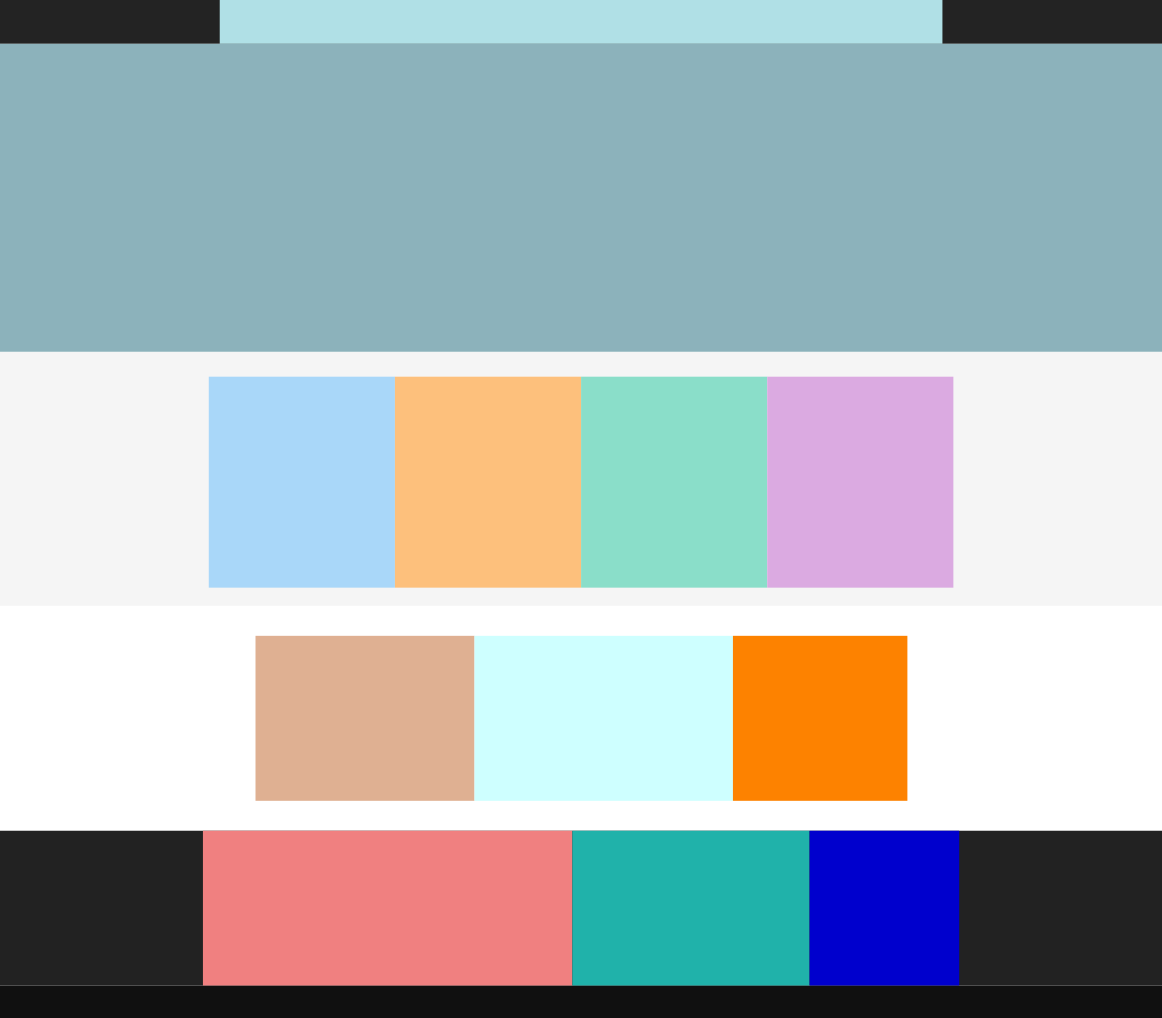
Repository: A1LExX/H5_study_set
Page: day04/千锋.html
The author's editor kept a copy of each file at every save. The page is drawn from the files as they stood at one save, then again after the next save.
The browser window is 1280 px wide. The page is 1592 px wide, so the pictures cover 1592 px, including what lies to the right of the window. The pictures show the whole page, at 73% of full size.

Above is the page before, as saved 2021-06-24 19:38:55.

### day04/千锋.html
<!--
@author [Alex Wei]
@email [w2262196@outlook.com]
@create date 2021-06-24 17:36:05
@modify date 2021-06-24 19:37:25
@desc [description]
-->
<!DOCTYPE html>
<html lang="en">

<head>
    <meta charset="UTF-8">
    <meta http-equiv="X-UA-Compatible" content="IE=edge">
    <meta name="viewport" content="width=device-width, initial-scale=1.0">
    <title>Document</title>
    <link rel="stylesheet" href="./css/qianfeng.css">
</head>

<body>
    <div class="header">
        <div class="daohang"></div>
    </div>
    <div class="banner"></div>
    <div class="con">
        <div class="out">
            <div class="box1"></div>
            <div class="box2"></div>
            <div class="box3"></div>
            <div class="box4"></div>
        </div>
    </div>
    <div class="out2">
        <div class="con2">
            <div class="box5"></div>
            <div class="box6"></div>
            <div class="box7"></div>
        </div>
    </div>
    <div class="con3">
        <div class="out3">
            <div class="box8"></div>
            <div class="box9"></div>
            <div class="box10"></div>
        </div>
    </div>
    <div class="footer">
        <div class="box11"></div>
    </div>
</body>

</html>

### day04/css/qianfeng.css
/**
 * @author [Alex Wei]
 * @email [w2262196@outlook.com]
 * @create date 2021-06-24 17:35:50
 * @modify date 2021-06-24 19:38:55
 * @desc [description]
 */
* {
    padding: 0;
    margin: 0;
}

.header {
    width: 1592px;
    height: 60px;
    background: #232323;
}

.daohang{
    width: 990px;
    height: 60px;
    background: powderblue;
    margin: 0 auto;
}

.banner{
    width: 1592px;
    height: 422px;
    background: #8cb2bb;
}

.con{
    width: 1592px;
    height: 348px;
    background: #f5f5f5;
}

.out{
    width: 1020px;
    height: 239px;
    margin: 0 auto;
    padding-top: 34px;
    padding-bottom: 25px;
}

.box1{
    width: 255px;
    height: 289px;
    background: #a9d7f9;
    float: left;
}

.box2{
    width: 255px;
    height: 289px;
    background: #fdc07c;
    float: left;
}
.box3{
    width: 255px;
    height: 289px;
    background: #8adec9;
    float: left;
}

.box4{
    width: 255px;
    height: 289px;
    background: #dbaae1;
    float: left;
}

.out2{
    width: 1592px;
    height: 226px;
    padding-top: 41px;
    padding-bottom: 41px;
    background: #ffffff;
}

.con2{
    width: 893px;
    height: 226px;
    /* padding-top: 41px;
    padding-bottom: 42px; */
    margin: 0 auto;
}

.box5{
    width: 300px;
    height: 226px;
    background: #dfb092;
    float: left;
}

.box6{
    width: 354px;
    height: 226px;
    background: #ceffff;
    float: left;
}
.box7{
    width: 239px;
    height: 226px;
    background: #fd8200;
    float: left;
}
.con3{
    width: 1592px;
    height: 212px;
    background: #222222;
}

.out3{
    width: 1036px;
    height: 212px;
    margin: 0 auto;
}

.box8{
    width: 506px;
    height: 212px;
    float: left;
    background: lightcoral;
}
.box9{
    width: 325px;
    height: 212px;
    float: left;
    background: lightseagreen;
}
.box10{
    width: 205px;
    height: 212px;
    float: left;
    background: mediumblue;
}
.footer{
    width: 1592px;
    height: 45px;
    background: #101010;
}
.box11{
    width: 656px;
    height: 45px;
}

After the next save:
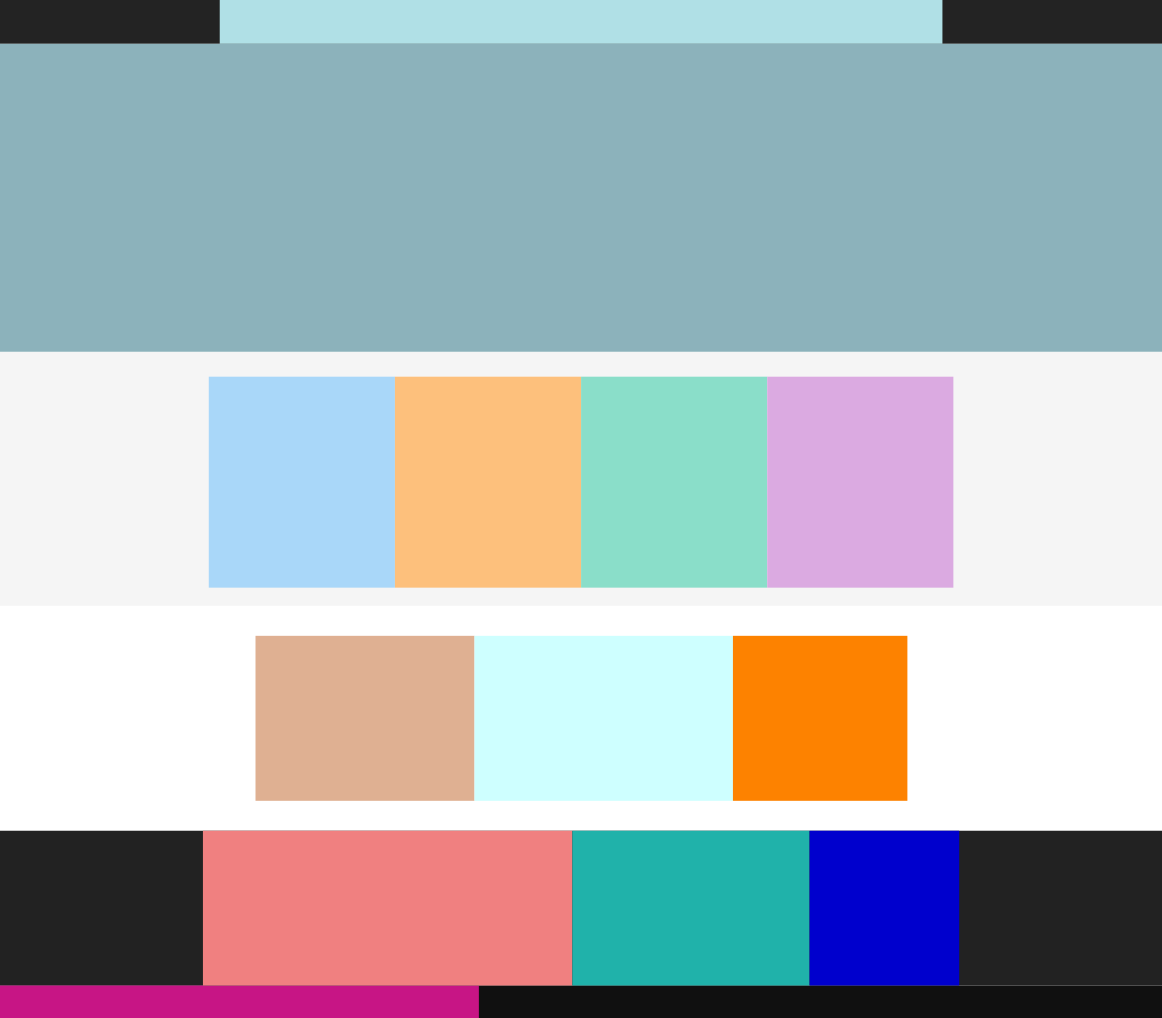
Saved 10 s later.
--- a/day04/css/qianfeng.css
+++ b/day04/css/qianfeng.css
@@ -2,7 +2,7 @@
  * @author [Alex Wei]
  * @email [w2262196@outlook.com]
  * @create date 2021-06-24 17:35:50
- * @modify date 2021-06-24 19:38:55
+ * @modify date 2021-06-24 19:39:05
  * @desc [description]
  */
 * {
@@ -143,4 +143,5 @@
 .box11{
     width: 656px;
     height: 45px;
+    background: mediumvioletred;
 }
